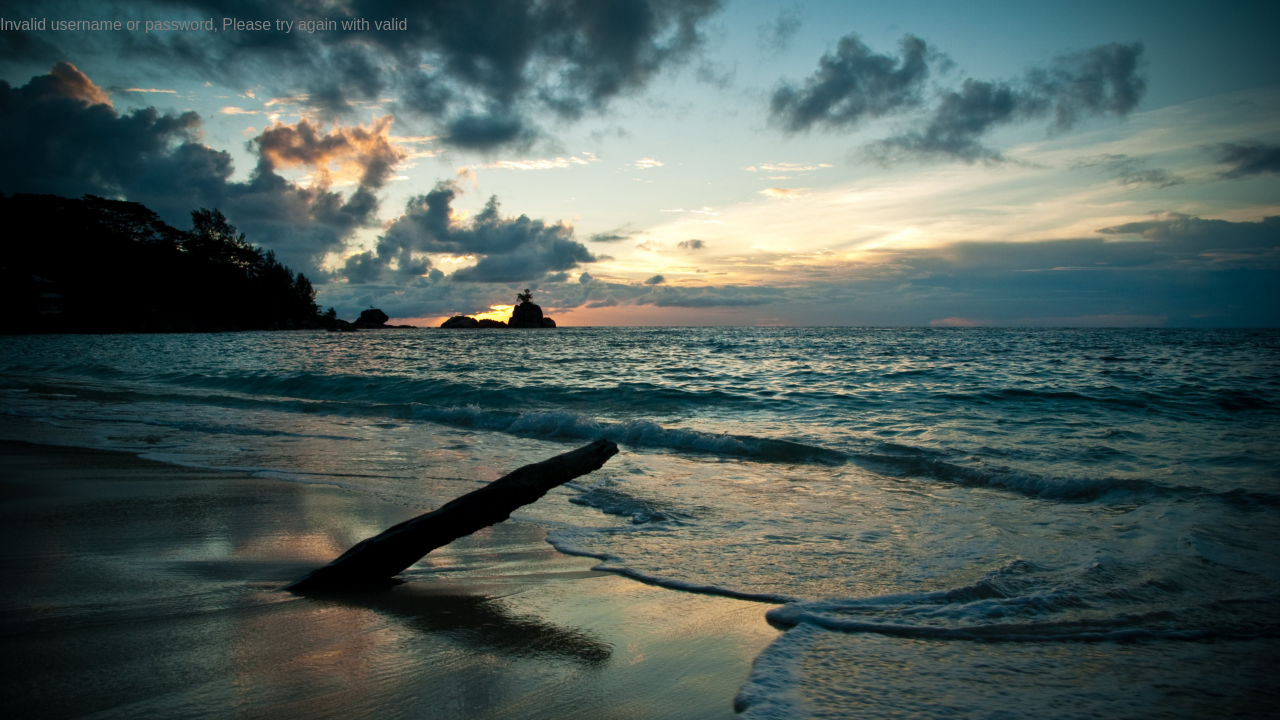
Repository: Berilinanir/Login-Logout-System
Page: Loginn/WebContent/error.html
These files come from the project's save history. The page is drawn as it stood at one moment and after the next save; the edit follows.
The browser window is 1280 px wide. The pictures show the whole page.

Above is the page before, as saved 2018-10-13 19:09:45.

After the next save:
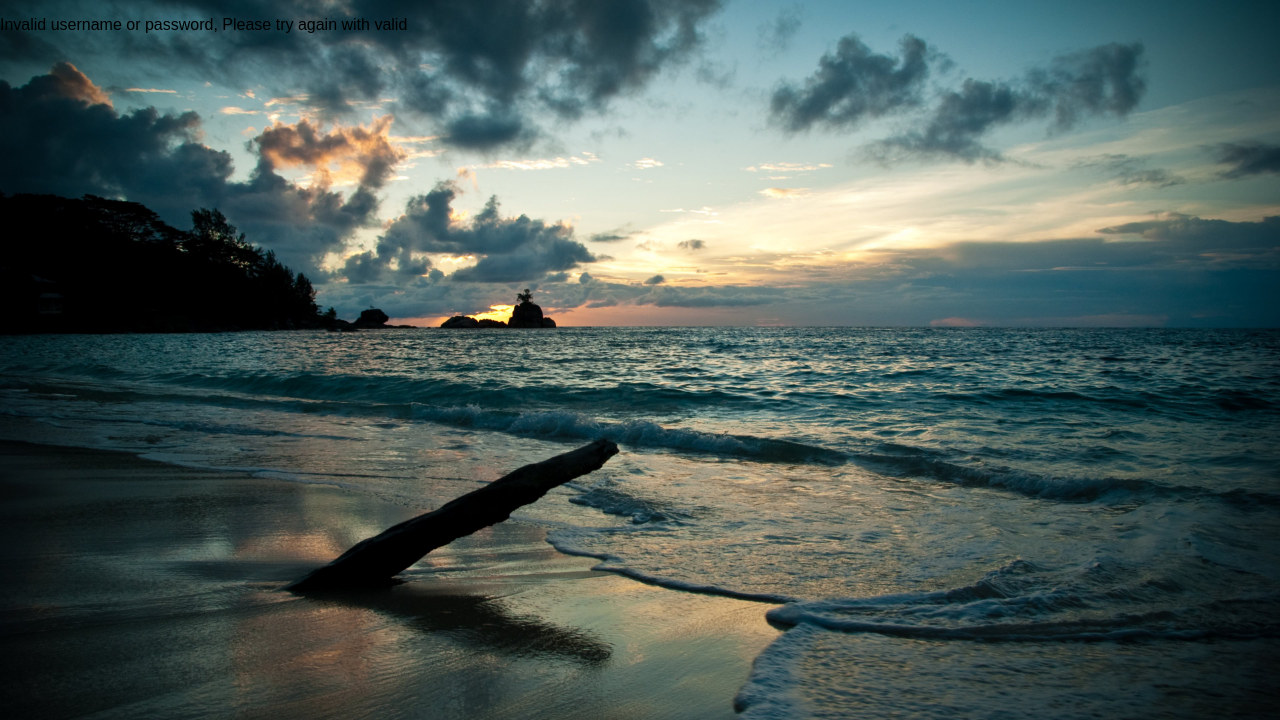
Saved 57 s later.
--- a/Loginn/WebContent/error.html
+++ b/Loginn/WebContent/error.html
@@ -12,7 +12,7 @@
 
 
 
-<p style="color:gray;">Invalid username or password, Please try again with valid </p>
+<p >Invalid username or password, Please try again with valid </p>
 
 
 
--- a/Loginn/WebContent/style4.css
+++ b/Loginn/WebContent/style4.css
@@ -10,3 +10,8 @@ body{
 	background-size:cover;
 
 }
+
+.p{
+
+	color:black;
+}
